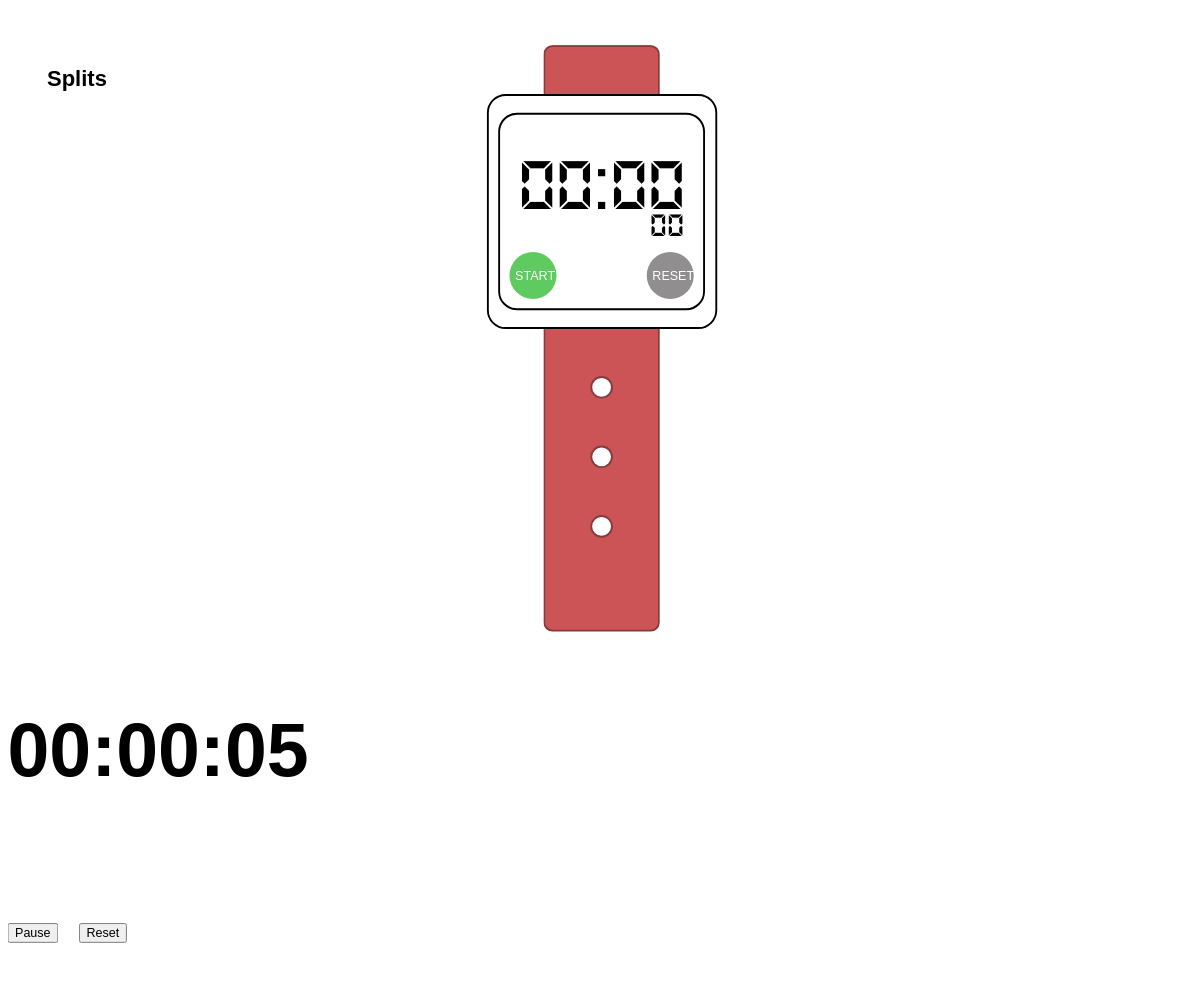
Repository: konstantin0s/lab-chronometer
Page: index.html
An editor plug-in stored every save of this project. The page is shown before and after the next save, followed by the edit.
The browser window is 1280 px wide. The pictures show the whole page, at 94% of full size.
After loading, the first visible `#startPause` was clicked once.

Above is the page before, as saved 2019-02-04 19:18:54.

### index.html
<!DOCTYPE html>
<html lang="en">
<head>
  <meta charset="UTF-8">
  <meta name="viewport" content="width=device-width, initial-scale=1.0">
  <meta http-equiv="X-UA-Compatible" content="ie=edge">
  <title>Chronometer</title>
  <link rel="stylesheet" href="stylesheets/styles.css">
</head>
<body>

  <section id="splits-container">
    <h3>Splits</h3>
    <ol id="splits">
    </ol>
  </section>

  <div class="leash leash-top"></div>

  <section id="clock">
    <div id="sphere">
      <span id="minDec" class="number">0</span><span id="minUni" class="number">0</span><span>:</span><span id="secDec" class="number">0</span><span id="secUni" class="number">0</span>

      <div id="milliseconds">
        <span id="milDec">0</span><span id="milUni">0</span>
      </div>

      <button id="btnLeft" class="btn start">START</button> <button id="btnRight" class="btn reset">RESET</button>
    </div>
  </section>

  <div class="leash leash-bottom">
    <div class="hole"></div>
    <div class="hole"></div>
    <div class="hole"></div>
  </div>

  <p id="output"></p>
  <div id="controls">
    <button id="startPause" onclick="startPause()">Start</button>
    <button onclick="reset()">Reset</button>
  </div>

  <!-- <script src="javascripts/utils.js"></script>
  <script src="javascripts/chronometer.js"></script>
  <script src="javascripts/main.js"></script> -->
  <script src="javascript/chronometer.js"></script>
  <script src="javascript/main.js"></script>
</body>
</html>

### stylesheets/styles.css
@font-face {
  font-family: "Digi";
  src: url("fonts/ds-digib.ttf");
}

body {
  font-family: Arial;
  font-size: 80px;
  font-weight: bold;
  padding: 40px 0;
}

#clock {
  border: 2px solid #000;
  border-radius: 20px;
  box-sizing: border-box;
  height: 250px;
  margin: 0 auto;
  padding: 18px 0;
  width: 245px;
}

#sphere {
  border: 2px solid #000;
  border-radius: 20px;
  box-sizing: border-box;
  font-family: "Digi";
  font-size: 80px;
  height: 210px;
  margin: 0 auto;
  padding: 35px 0;
  position: relative;
  text-align: center;
  width: 220px;
}

#splits-container {
  font-size: 20px;
  font-weight: 100;
  position: absolute;
  left: 50px;
}

#splits-container li {
  padding-bottom: 5px;
  text-align: right;
}

#milliseconds {
  font-size: 36px;
  margin-top: -15px;
  position: absolute;
  right: 20px;
}

.leash {
  background: rgb(204, 84, 87);
  border: 2px solid rgb(134, 59, 61);
  height: 50px;
  margin: 0 auto;
  width: 120px;
}

.leash-top {
  border-bottom: 0;
  border-top-left-radius: 10px;
  border-top-right-radius: 10px;
}

.leash-bottom {
  border-bottom-left-radius: 10px;
  border-bottom-right-radius: 10px;
  border-top: 0;
  height: 270px;
  padding-top: 50px;
}

.hole {
  background: #fff;
  border: 2px solid rgb(134, 59, 61);
  border-radius: 100%;
  height: 20px;
  margin: 0 auto 50px;
  width: 20px;
}

.number {
  display: inline-block;
  width: 40px;
}

.btn {
  border: 0;
  border-radius: 100%;
  bottom: 10px;
  color: #fff;
  cursor: pointer;
  height: 50px;
  outline: 0;
  position: absolute;
  width: 50px;
}

.btn.start,
.btn.stop {
  left: 10px;
}

.btn.reset,
.btn.split {
  right: 10px;
}

.btn.start { background: #5fca5f; }
.btn.stop  { background: #f14949; }
.btn.reset { background: #908e8e; }
.btn.split { background: #0851ab; }

### javascript/chronometer.js

var time = 0;
var running = 0;

function startPause() {
  if (running == 0) {
    running = 1;
    increment();
    document.getElementById("startPause").innerHTML = "Pause";
  } else {
    running = 0;
    document.getElementById("startPause").innerHTML = "Resume";
  }
}

function reset() {
  running = 0;
  time = 0;
  document.getElementById("startPause").innerHTML = "Start";
}

function increment() {
  if (running == 1) {
   setTimeout(function() {
    time++;
    var seconds = Math.floor(time/10/60);
    var minutes = Math.floor(time/10/60);
     var tenth = time % 10;
     if (minutes < 10); {
       minutes = "0" + minutes;
     }  if (seconds < 10);
    seconds = "0" + seconds;
    increment();
  document.getElementById("output").innerHTML = minutes + ":" + seconds + ":" + "0" + tenth;

   }, 100);
  }
  }



// function timer() {
//   currentTime = setTimeout(start, 1000);
// }
// timer();

// function start() {
//   seconds++;
//   if (seconds >= 60) {
//     seconds = 0;
//     minutes++;
//     if (minutes >= 20) {
//         minutes = 0;
//     }
//   }
// }


// // Constructor
// function Chronometer() {

// this.currentTime = 0;
// this.intervalId = currentTime;

// }

// // The setInterval will be assigned to our intervalId property,
// //  this way we will be able to clear it later on.

// Chronometer.prototype.startClick = function () {
//     // this.startClick = function() {
//     // var seconds = 0;
//     currentTime = setInterval(function(){
//     currentTime++; }, 1000);

//     //  }

//     // console.log(seconds);
// };

// Chronometer.prototype.setMinutes = function () {

// };

// Chronometer.prototype.setSeconds = function () {

// };

// Chronometer.prototype.twoDigitsNumber = function () {

// };

// Chronometer.prototype.setTime = function () {

// };

// Chronometer.prototype.setMilliseconds = function () {

// };

// Chronometer.prototype.stopClick = function () {

// };

// Chronometer.prototype.resetClick = function () {

// };

// Chronometer.prototype.splitClick = function () {

// };

### javascript/main.js
// // var chronometer = new Chronometer();
var btnLeft     = document.getElementById('btnLeft');
var btnRight    = document.getElementById('btnRight');
// var minDec      = document.getElementById('minDec');
// var minUni      = document.getElementById('minUni');
// var secDec      = document.getElementById('secDec');
// var secUni      = document.getElementById('secUni');
// var milDec      = document.getElementById('milDec');
// var milUni      = document.getElementById('milUni');

var currentTime = 0;
var intervalId = -1;
var output = document.getElementById("output");

btnLeft.addEventListener("click", function(event) {
  if (intervalId == -1) { //start if pause
    intervalId = setInterval(function() {
      currentTime++;
      output.innerHTML = currentTime;
    }, 1000);
  } else { //pause if started
      clearInterval(intervalId);
      intervalId = -1;
  }

});




// function printTime() {

// }

// function printMinutes() {

// }

// function printSeconds() {

// }

// function printMilliseconds() {

// }

// function printSplit() {

// }

// function clearSplits() {

// }

// function setStopBtn() {

// }

// function setSplitBtn() {

// }

// function setStartBtn() {

// }

// function setResetBtn() {

// }

// // Start/Stop Button
// btnLeft.addEventListener('click', function () {

// });

// // Reset/Split Button
// btnRight.addEventListener('click', function () {

// });

After the next save:
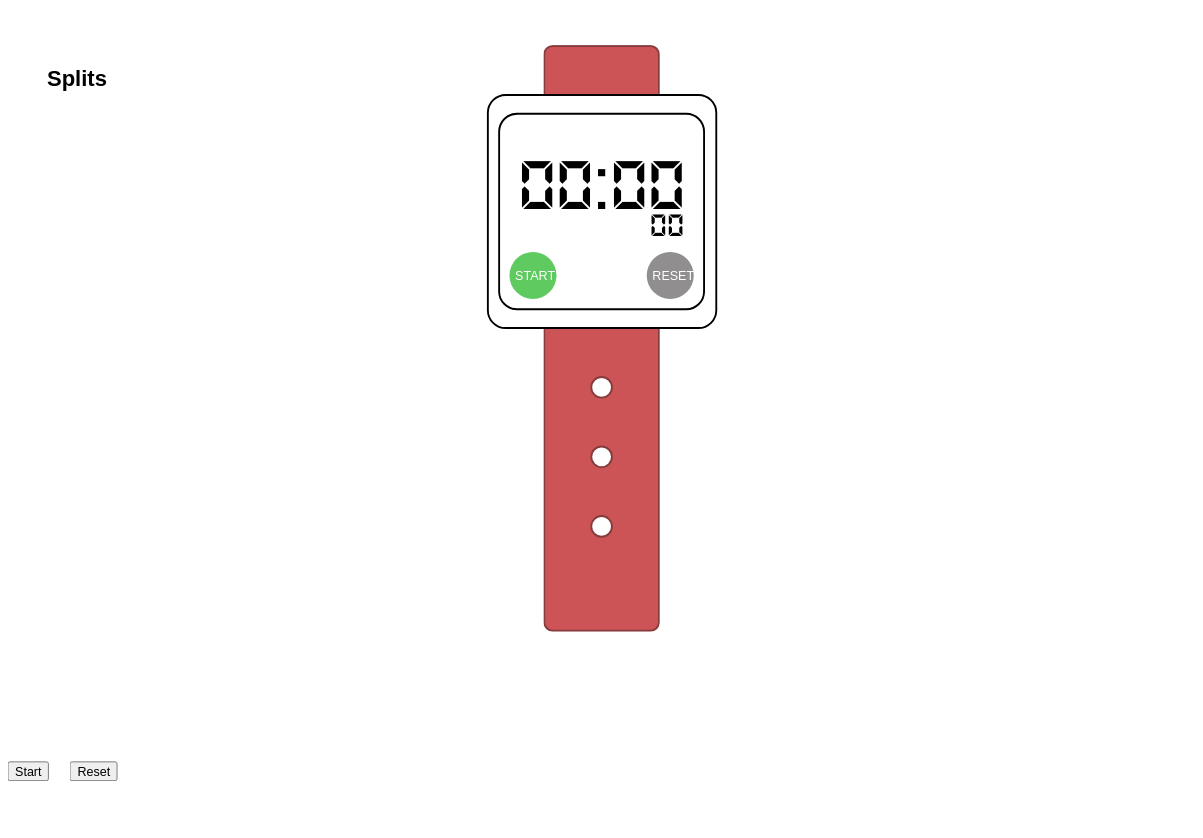
Console error: TypeError: startPause is not a function
Saved 25 s later.
--- a/javascript/chronometer.js
+++ b/javascript/chronometer.js
@@ -1,41 +1,41 @@
 
-var time = 0;
-var running = 0;
+// var time = 0;
+// var running = 0;
 
-function startPause() {
-  if (running == 0) {
-    running = 1;
-    increment();
-    document.getElementById("startPause").innerHTML = "Pause";
-  } else {
-    running = 0;
-    document.getElementById("startPause").innerHTML = "Resume";
-  }
-}
+// function startPause() {
+//   if (running == 0) {
+//     running = 1;
+//     increment();
+//     document.getElementById("startPause").innerHTML = "Pause";
+//   } else {
+//     running = 0;
+//     document.getElementById("startPause").innerHTML = "Resume";
+//   }
+// }
 
-function reset() {
-  running = 0;
-  time = 0;
-  document.getElementById("startPause").innerHTML = "Start";
-}
+// function reset() {
+//   running = 0;
+//   time = 0;
+//   document.getElementById("startPause").innerHTML = "Start";
+// }
 
-function increment() {
-  if (running == 1) {
-   setTimeout(function() {
-    time++;
-    var seconds = Math.floor(time/10/60);
-    var minutes = Math.floor(time/10/60);
-     var tenth = time % 10;
-     if (minutes < 10); {
-       minutes = "0" + minutes;
-     }  if (seconds < 10);
-    seconds = "0" + seconds;
-    increment();
-  document.getElementById("output").innerHTML = minutes + ":" + seconds + ":" + "0" + tenth;
+// function increment() {
+//   if (running == 1) {
+//    setTimeout(function() {
+//     time++;
+//     var seconds = Math.floor(time/10/60);
+//     var minutes = Math.floor(time/10/60);
+//      var tenth = time % 10;
+//      if (minutes < 10); {
+//        minutes = "0" + minutes;
+//      }  if (seconds < 10);
+//     seconds = "0" + seconds;
+//     increment();
+//   document.getElementById("output").innerHTML = minutes + ":" + seconds + ":" + "0" + tenth;
 
-   }, 100);
-  }
-  }
+//    }, 100);
+//   }
+//   }
 
 
 
